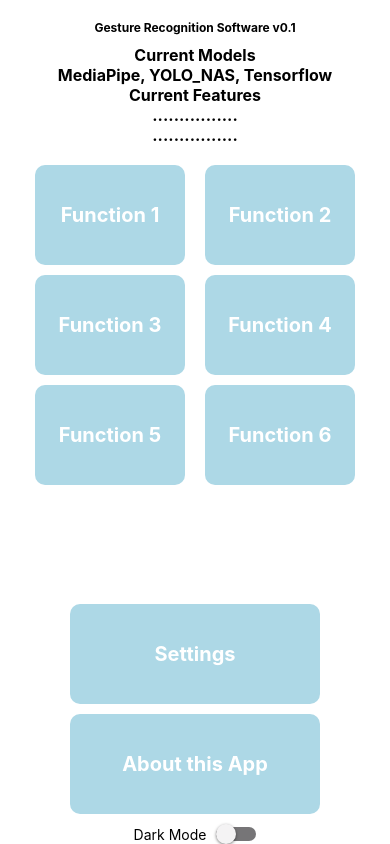
Repository: hajin-park/V-QUIP
Page: / (app in frontend/react-native-app/)
The author's editor kept a copy of each file at every save. The page is drawn from the files as they stood at one save, then again after the next save.
The browser window is 390 px wide. The pictures show the whole page.
The app was drawn by React Native's web renderer in a window 390 px wide. The project was rebuilt for these pictures with package versions that can differ from the ones it lists, and the page was loaded fresh each time.

Above is the page before, as saved 2024-04-08 00:05:27.

### frontend/react-native-app/App.js
import React, { useState } from 'react';
import { StatusBar } from 'expo-status-bar';
import { StyleSheet, Text, View, TouchableOpacity, Switch } from 'react-native';

export default function App() {
  const [darkMode, setDarkMode] = useState(false);

  const handleOptionClick = (option) => {
    // Handle click event for the selected option
    console.log(`Function ${option} clicked`);
  };

  return (
    <View style={[styles.container, darkMode && styles.darkContainer]}>
      <Text style={[styles.title, darkMode && styles.darkText]}>Gesture Recognition Software v0.1</Text>
      <View style={styles.infoBox}>
        <Text style={[styles.infoText, darkMode && styles.darkText]}>Current Models</Text>
        <Text style={[styles.infoText, darkMode && styles.darkText]}>MediaPipe, YOLO_NAS, Tensorflow</Text>
        <Text style={[styles.infoText, darkMode && styles.darkText]}>Current Features</Text>
        <Text style={[styles.infoText, darkMode && styles.darkText]}>................</Text>
        <Text style={[styles.infoText, darkMode && styles.darkText]}>................</Text>
      </View>
      <View style={styles.content}>
        <View style={styles.row}>
          <TouchableOpacity style={[styles.box, darkMode && styles.darkBox]} onPress={() => handleOptionClick(1)}>
            <Text style={[styles.text, darkMode && styles.darkText]}>Function 1</Text>
          </TouchableOpacity>
          <TouchableOpacity style={[styles.box, darkMode && styles.darkBox]} onPress={() => handleOptionClick(2)}>
            <Text style={[styles.text, darkMode && styles.darkText]}>Function 2</Text>
          </TouchableOpacity>
        </View>
        <View style={styles.row}>
          <TouchableOpacity style={[styles.box, darkMode && styles.darkBox]} onPress={() => handleOptionClick(3)}>
            <Text style={[styles.text, darkMode && styles.darkText]}>Function 3</Text>
          </TouchableOpacity>
          <TouchableOpacity style={[styles.box, darkMode && styles.darkBox]} onPress={() => handleOptionClick(4)}>
            <Text style={[styles.text, darkMode && styles.darkText]}>Function 4</Text>
          </TouchableOpacity>
        </View>
        <View style={styles.row}>
          <TouchableOpacity style={[styles.box, darkMode && styles.darkBox]} onPress={() => handleOptionClick(5)}>
            <Text style={[styles.text, darkMode && styles.darkText]}>Function 5</Text>
          </TouchableOpacity>
          <TouchableOpacity style={[styles.box, darkMode && styles.darkBox]} onPress={() => handleOptionClick(6)}>
            <Text style={[styles.text, darkMode && styles.darkText]}>Function 6</Text>
          </TouchableOpacity>
        </View>
      </View>
      {/* Settings and About This App boxes */}
      <View style={styles.row}>
          <TouchableOpacity style={[styles.box2, darkMode && styles.darkBox]} onPress={() => handleOptionClick(5)}>
            <Text style={[styles.text, darkMode && styles.darkText]}>Settings</Text>
          </TouchableOpacity>
      </View>
      <View style={styles.row}>
          <TouchableOpacity style={[styles.box2, darkMode && styles.darkBox]} onPress={() => handleOptionClick(6)}>
            <Text style={[styles.text, darkMode && styles.darkText]}>About this App</Text>
          </TouchableOpacity>
        </View>
      <View style={styles.darkModeSwitchContainer}>
        <Text style={[styles.darkModeText, darkMode && styles.darkText]}>Dark Mode</Text>
        <Switch
          trackColor={{ false: "#767577", true: "#81b0ff" }}
          thumbColor={darkMode ? "#f5dd4b" : "#f4f3f4"}
          ios_backgroundColor="#3e3e3e"
          onValueChange={() => setDarkMode(!darkMode)}
          value={darkMode}
        />
      </View>
      <StatusBar style="auto" />
    </View>
  );
}

const styles = StyleSheet.create({
  container: {
    flex: 1,
    backgroundColor: '#fff',
    paddingHorizontal: 10,
    paddingTop: 20,
  },
  darkContainer: {
    backgroundColor: '#121212',
  },
  title: {
    fontSize: 12,
    fontWeight: 'bold',
    marginBottom: 10,
    textAlign: 'center',
  },
  darkText: {
    color: '#ffffff',
  },
  infoBox: {
    alignItems: 'center',
    marginBottom: 20,
  },
  infoText: {
    fontSize: 16,
    fontWeight: 'bold',
    color: '#000000',
  },
  content: {
    flex: 1,
    alignItems: 'center',
  },
  row: {
    flexDirection: 'row',
    justifyContent: 'center',
    marginBottom: 10,
  },
  box: {
    width: 150,
    height: 100,
    backgroundColor: '#ADD8E6', // Light blue color
    borderRadius: 10, // Rounded edges
    alignItems: 'center',
    justifyContent: 'center',
    marginHorizontal: 10,
  },
  box2: {
    width: 250,
    height: 100,
    backgroundColor: '#ADD8E6', // Light blue color
    borderRadius: 10, // Rounded edges
    alignItems: 'center',
    justifyContent: 'center',
    marginHorizontal: 10,
  },
  text: {
    fontSize: 20,
    fontWeight: 'bold',
    color: '#FFFFFF', // White text color
  },
  darkBox: {
    backgroundColor: '#2d2d2d', // Dark gray color
  },
  horizontalContainer: {
    flexDirection: 'row',
    justifyContent: 'space-between',
    marginBottom: 10,
  },
  horizontalBox: {
    width: '70%',
    height: 80,
    backgroundColor: '#ADD8E6', // Light blue color
    borderRadius: 10, // Rounded edges
    alignItems: 'center',
    justifyContent: 'center',
  },
  darkModeSwitchContainer: {
    flexDirection: 'row',
    alignItems: 'center',
    justifyContent: 'center',
  },
  darkModeText: {
    marginRight: 10,
    color: '#000000',
  },
});

After the next save:
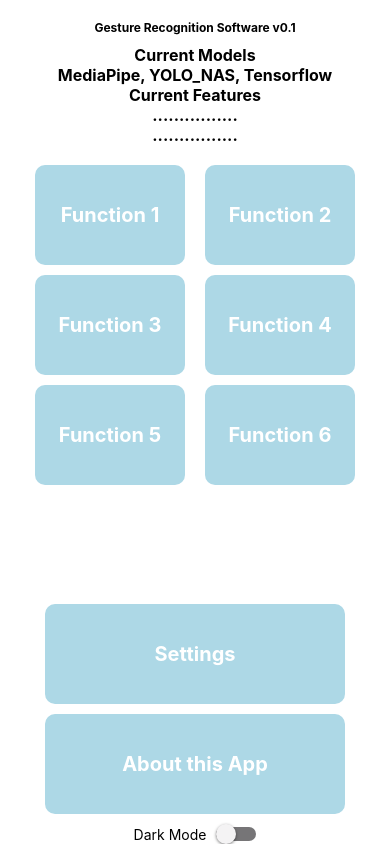
Saved 12 s later.
--- a/frontend/react-native-app/App.js
+++ b/frontend/react-native-app/App.js
@@ -119,7 +119,7 @@ const styles = StyleSheet.create({
     marginHorizontal: 10,
   },
   box2: {
-    width: 250,
+    width: 300,
     height: 100,
     backgroundColor: '#ADD8E6', // Light blue color
     borderRadius: 10, // Rounded edges
